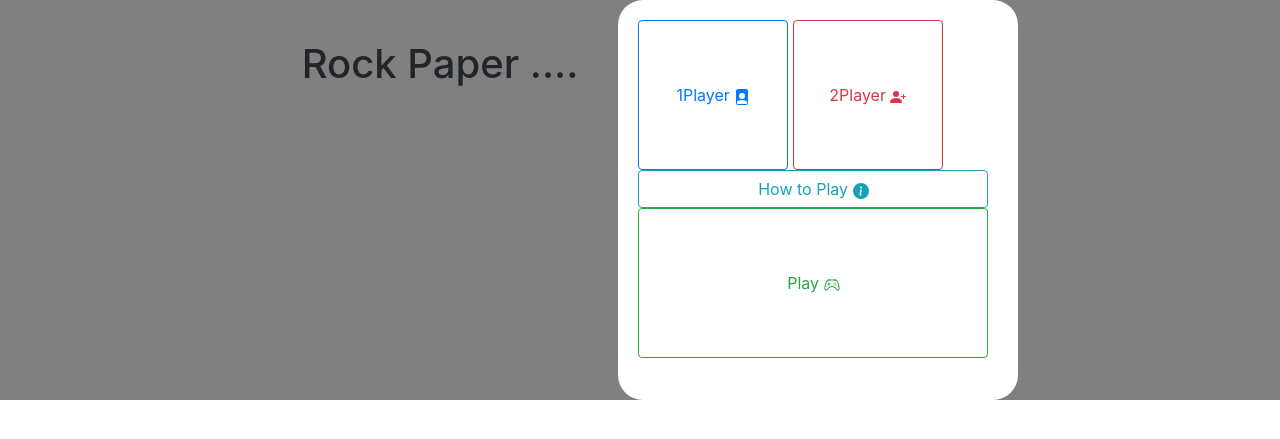
Repository: hossamsulleman1/Colllege-rock-paper-game
Page: index.html
An editor plug-in stored every save of this project. The page is shown before and after a run of saves, followed by the edit.
The browser window is 1280 px wide. The pictures show the whole page.

Above is the page before, as saved 2020-09-15 10:50:05.
Console error: SyntaxError: Unexpected token '<'

After the next 3 saves:
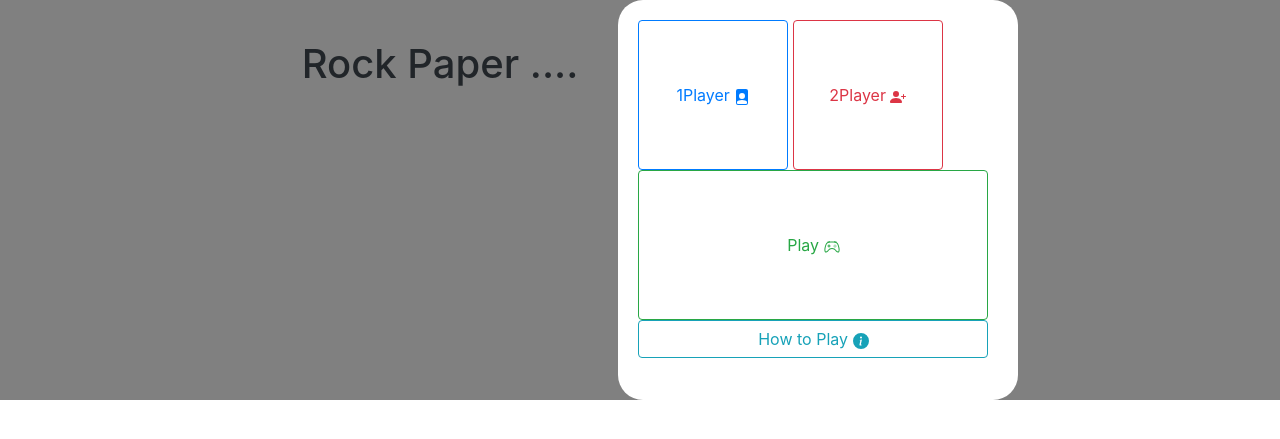
The 3 saves are shown as one change because they came seconds apart.
The last was saved 17 s later.
--- a/index.html
+++ b/index.html
@@ -25,13 +25,6 @@
       </svg>
 </button>
 <br>
-<button style="width: 350px;" class="btn btn-outline-info" onclick="howToPlay()">
-    How to Play
-    <svg width="1em" height="1em" viewBox="0 0 16 16" class="bi bi-info-circle-fill" fill="currentColor" xmlns="http://www.w3.org/2000/svg">
-        <path fill-rule="evenodd" d="M8 16A8 8 0 1 0 8 0a8 8 0 0 0 0 16zm.93-9.412l-2.29.287-.082.38.45.083c.294.07.352.176.288.469l-.738 3.468c-.194.897.105 1.319.808 1.319.545 0 1.178-.252 1.465-.598l.088-.416c-.2.176-.492.246-.686.246-.275 0-.375-.193-.304-.533L8.93 6.588zM8 5.5a1 1 0 1 0 0-2 1 1 0 0 0 0 2z"/>
-      </svg>
-</button>
-<br>
 <button style="width: 350px; height: 150px;" class="btn btn-outline-success" onclick="goToGame()">
     Play
     <svg width="1em" height="1em" viewBox="0 0 16 16" class="bi bi-controller" fill="currentColor" xmlns="http://www.w3.org/2000/svg">
@@ -40,6 +33,14 @@
         <path d="M3.5 6.526h3v1h-3v-1zM3.051 3.26a.5.5 0 0 1 .354-.613l1.932-.518a.5.5 0 0 1 .258.966l-1.932.518a.5.5 0 0 1-.612-.354zm9.976 0a.5.5 0 0 0-.353-.613l-1.932-.518a.5.5 0 1 0-.259.966l1.932.518a.5.5 0 0 0 .612-.354z"/>
       </svg>
 </button>
+<button style="width: 350px;" class="btn btn-outline-info" onclick="howToPlay()">
+    How to Play
+    <svg width="1em" height="1em" viewBox="0 0 16 16" class="bi bi-info-circle-fill" fill="currentColor" xmlns="http://www.w3.org/2000/svg">
+        <path fill-rule="evenodd" d="M8 16A8 8 0 1 0 8 0a8 8 0 0 0 0 16zm.93-9.412l-2.29.287-.082.38.45.083c.294.07.352.176.288.469l-.738 3.468c-.194.897.105 1.319.808 1.319.545 0 1.178-.252 1.465-.598l.088-.416c-.2.176-.492.246-.686.246-.275 0-.375-.193-.304-.533L8.93 6.588zM8 5.5a1 1 0 1 0 0-2 1 1 0 0 0 0 2z"/>
+      </svg>
+</button>
+<br>
+
 
 </div>
 
